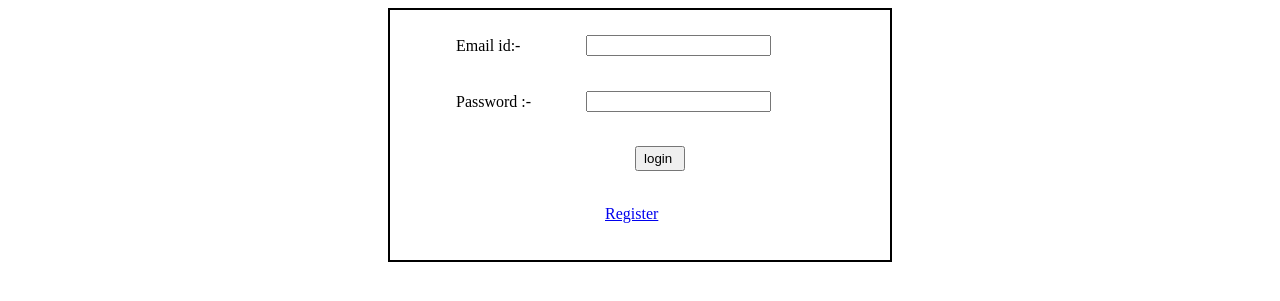
Repository: ShivrajMPujari/ServletApplication
Page: http://localhost/LoginRegistration/
These files come from the project's save history. The page is drawn as it stood at one moment and after the next save; the edit follows.
The browser window is 1280 px wide. The pictures show the whole page.
The page is served by Tomcat 9. Other server files are loaded and not shown.

Above is the page before, as saved 2018-07-11 05:49:21.
Console error: TypeError: document.getElementByName is not a function

### LoginRegistration/src/main/webapp/index.jsp
<!DOCTYPE html>
<html>
<head>
<meta charset="UTF-8">
<title>Insert title here</title>
<link rel="stylesheet" href="index.css"/>

<script type="text/javascript">

var email = document.getElementByName("emailId");
var password = document.getElementByName("password");

function validation(){





}



</script>


</head>
<body>

<div class="tableDiv">
<form action="login" method="get">
<table class="loginTabel" cellspacing="15">
<tr>
	<td> Email id:- </td> <td> <input type="email" name="emailId" required/></td>
	<span id="emailmsg"></span>
</tr>

<tr>
	<td>Password :- </td> <td> <input type="password" name="password" required/> </td>
</tr>

<tr>
<td colspan="2"  class="submitButton"  > <input class="btn"type="submit" value="login " /></td>
</tr>

<tr>
<td colspan="2" class="register"><a href="Registration.jsp">Register</a></td>
</tr>
</table>
</form>
</div>
</body>
</html>

### LoginRegistration/src/main/webapp/index.css
@CHARSET "UTF-8";

.tableDiv{
	height:250px;
	width:500px;
	margin:auto;
	border:2px solid black;
}
.loginTabel{

	height:240px;
	width:480px;
	margin:auto;
	padding-left: 40px;

}
tr,td{
	height: 35px;

}
.submitButton{
	padding-left:180px;

}
.btn{
	height: 25px;
	width:50px;
}
.register{

	padding-left:150px;
}

After the next save:
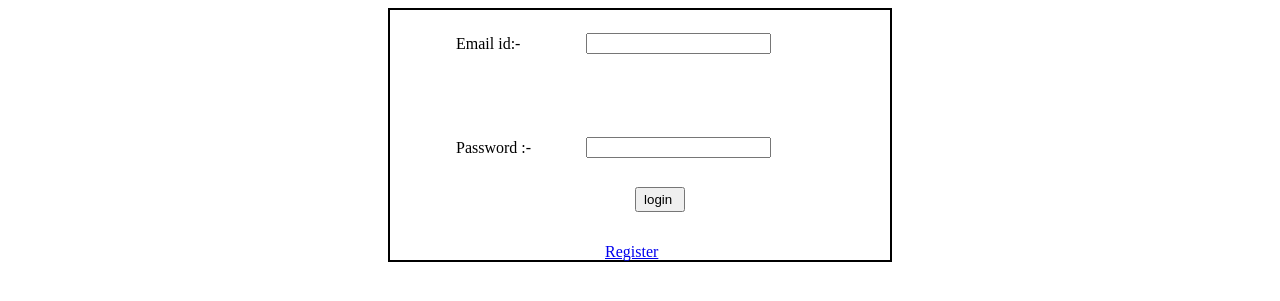
Saved 2 min 7 s later.
--- a/LoginRegistration/src/main/webapp/index.jsp
+++ b/LoginRegistration/src/main/webapp/index.jsp
@@ -31,9 +31,8 @@ function validation(){
 <table class="loginTabel" cellspacing="15">
 <tr>
 	<td> Email id:- </td> <td> <input type="email" name="emailId" required/></td>
-	<span id="emailmsg"></span>
 </tr>
-
+<tr><td colspan="2"><span id="emailmsg"></span></td></tr>
 <tr>
 	<td>Password :- </td> <td> <input type="password" name="password" required/> </td>
 </tr>
